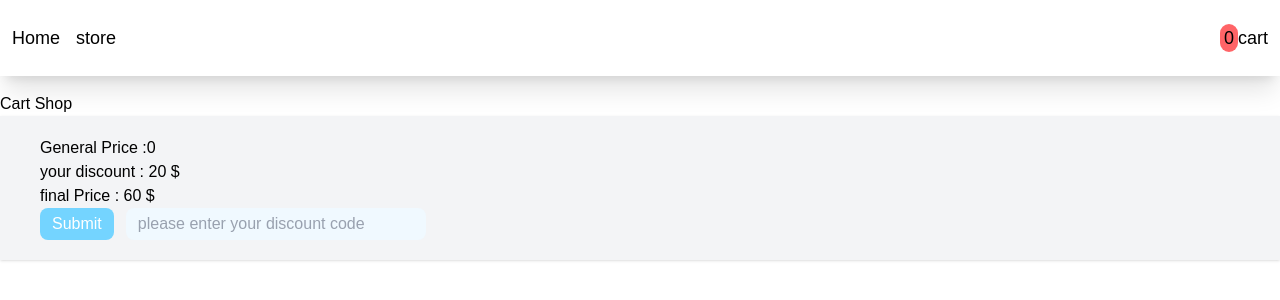
Repository: Rohullah-Noori/Nextjs-online-shop
Page: /cart
These files come from the project's save history. The page is drawn as it stood at one moment and after the next save; the edit follows.
The browser window is 1280 px wide. The pictures show the whole page.
The project was rebuilt for these pictures with package versions that can differ from the ones it lists, and the page was loaded fresh each time. The framework's server and built-in components were replaced by stand-ins that run in the browser. Requests to the local data server were answered from the project's data file. Also part of the build but not shown: next.config.ts, src/app/components/AddToCart.tsx, src/app/components/CartItem.tsx.

Above is the page before, as saved 2025-05-13 18:08:05.

After the next save:
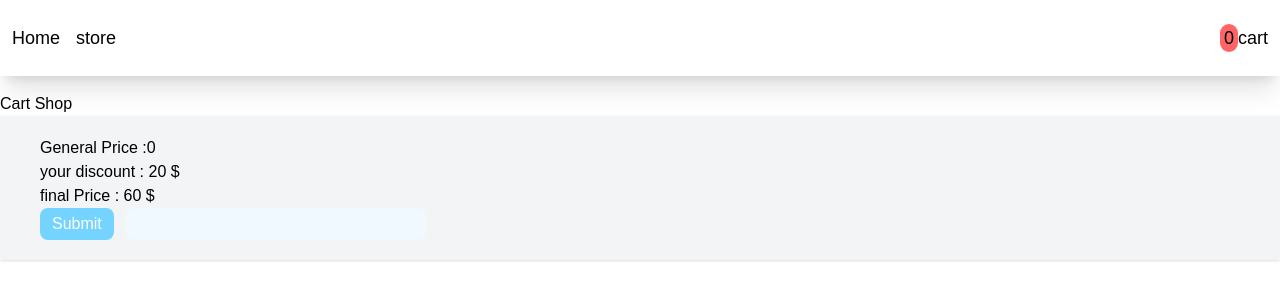
Saved 60 s later.
--- a/src/app/cart/page.tsx
+++ b/src/app/cart/page.tsx
@@ -65,7 +65,7 @@ export default function Cart() {
           </button>
           <input
             type="text"
-            value={"please enter your discount code"}
+            value=""
             className="w-[300px] bg-sky-50 rounded-lg px-3 text-gray-400"
             onChange={(e) => setDiscount(e.target.value)}
           />
